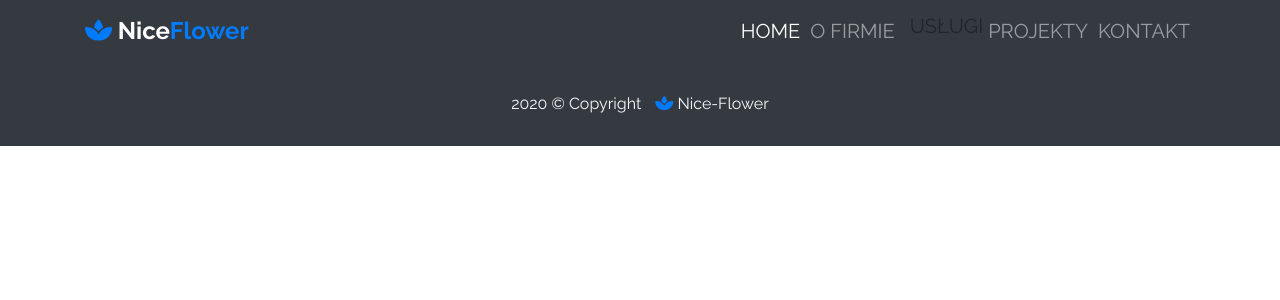
Repository: KrzysKolo/Projekt-13_Kwiaciarnia
Page: projects.html
An editor plug-in stored every save of this project. The page is shown before and after the next save, followed by the edit.
The browser window is 1280 px wide. The pictures show the whole page.
Some web libraries are served in a nearby version.

Above is the page before, as saved 2020-08-11 11:46:53.

### projects.html
<!DOCTYPE html>
<html lang="pl">
  <head>
    <meta charset="UTF-8" />
    <meta name="viewport" content="width=device-width, initial-scale=1.0" />
    <title>Nice-Flower</title>
    <script
      src="https://kit.fontawesome.com/21efeaf281.js"
      crossorigin="anonymous"
    ></script>

    <link
      rel="stylesheet"
      href="https://stackpath.bootstrapcdn.com/bootstrap/4.5.0/css/bootstrap.min.css"
      integrity="sha384-9aIt2nRpC12Uk9gS9baDl411NQApFmC26EwAOH8WgZl5MYYxFfc+NcPb1dKGj7Sk"
      crossorigin="anonymous"
    />
    <link
      href="https://fonts.googleapis.com/css2?family=Raleway:wght@400;700&display=swap"
      rel="stylesheet"
    />
    <link rel="stylesheet" href="style.css" />
  </head>
  <body>
    <nav class="navbar navbar-expand-lg navbar-dark bg-dark py-3">
      <div class="container">
        <a class="navbar-brand" href="index.html"
          ><i class="fas fa-spa text-primary"></i> Nice<span
            class="text-primary"
            >Flower</span
          ></a
        >
        <button
          class="navbar-toggler border-0"
          type="button"
          data-toggle="collapse"
          data-target="#navbarNavAltMarkup"
          aria-controls="navbarNavAltMarkup"
          aria-expanded="false"
          aria-label="Toggle navigation"
        >
          <i class="fas fa-bars px-4"></i>
        </button>
        <div class="collapse navbar-collapse" id="navbarNavAltMarkup">
          <div class="navbar-nav ml-auto">
            <a class="nav-link active" href="index.html">Home </a>
            <a class="nav-link" href="abouteus.html">O firmie</a>
            <a class="nav-link" href="services.html"></a>
              Usługi</a
            >
            <a class="nav-link" href="#"><span class="sr-only">(current)</span>Projekty</a>
            <a class="nav-link" href="contact.html">Kontakt</a>
          </div>
        </div>
      </div>
    </nav>

    <!-- MAIN -->
    <main>


    </main>
    <footer class="bg-dark text-light">
      <p class="py-5 px-3 mb-0 text-center">
        2020 &copy; Copyright
        <i class="ml-3 fas fa-spa text-primary"></i> Nice-Flower
      </p>
    </footer>
    <script
      src="https://code.jquery.com/jquery-3.5.1.slim.min.js"
      integrity="sha384-DfXdz2htPH0lsSSs5nCTpuj/zy4C+OGpamoFVy38MVBnE+IbbVYUew+OrCXaRkfj"
      crossorigin="anonymous"
    ></script>
    <script
      src="https://cdn.jsdelivr.net/npm/popper.js@1.16.0/dist/umd/popper.min.js"
      integrity="sha384-Q6E9RHvbIyZFJoft+2mJbHaEWldlvI9IOYy5n3zV9zzTtmI3UksdQRVvoxMfooAo"
      crossorigin="anonymous"
    ></script>
    <script
      src="https://stackpath.bootstrapcdn.com/bootstrap/4.5.0/js/bootstrap.min.js"
      integrity="sha384-OgVRvuATP1z7JjHLkuOU7Xw704+h835Lr+6QL9UvYjZE3Ipu6Tp75j7Bh/kR0JKI"
      crossorigin="anonymous"
    ></script>
  </body>
</html>

### style.css
* {
  box-sizing: border-box;
  margin: 0;
  padding: 0;
}
html {
  font-size: 62.5%;
}
body {
  font-family: "Raleway", sans-serif;
  font-size: 1.6rem;
}
.hero-shadow {
  position: absolute;
  top: 0;
  width: 100%;
  height: 100%;
  background-color: rgba(0, 0, 0, 0.7);
  z-index: -1;
}
.additional-text {
  font-size: 1.8rem;
}
.top-hero {
  position: relative;
  height: 20rem;
  background-size: cover;
  z-index: 0;
}
.top-hero-text {
  display: flex;
  justify-content: center;
  align-items: center;
  height: 100%;
  font-size: 3.6rem;
  text-transform: uppercase;
}
/* ----------- */
/*  nawigacja  */
/* ----------- */
nav {
  font-size: 2rem;
  text-transform: uppercase;
}
.navbar-toggler {
  font-size: 3rem;
}
.navbar-brand {
  font-size: 2.4rem;
  font-weight: bold;
  text-transform: none;
}
/* ----------- */
/*    header   */
/* ----------- */
header {
  font-size: 2rem;
}
.carousel-item {
  position: relative;
  height: 400px;
  background-position: center;
  background-size: cover;
  z-index: 0;
}
.carousel-img-one {
  background-image: url("./img/b1m.jpg");
}
.carousel-img-two {
  background-image: url("./img/b2m.jpg");
}
.carousel-img-three {
  background-image: url("./img/b4m.jpg");
}
/* ----------- */
/*     main    */
/* ----------- */
.home-boxes {
  padding: 5rem 0;
}
.home-box i {
  font-size: 4rem;
}
.home-box h3 {
  font-size: 2.6rem;
}
/* ----------- */
.home-passion {
  position: relative;
  height: 350px;
  background-image: url("./img/b8m.jpg");
  background-position: center;
  background-size: cover;
  z-index: 0;
}
/* ----------- */
.home-brand h3 {
  font-size: 3rem;
  font-weight: bold;
}
/* ----------- */
/*   aboutus   */
/* ----------- */
.aboutus-hero {
  background-image: url("./img/obrazek1.jpg");
  background-position: bottom;
}
/* ----------- */
.aboutus-top .display-3 {
  text-transform: uppercase;
}
/* ----------- */
.aboutus-info {
  background-color: rgba(0, 0, 0, 0.3);
}
.aboutus-info .container {
  padding: 2em 0.5em;
}
.aboutus-text {
  padding: 1.8rem;
}
.aboutus-text h3 {
  margin-bottom: 0.5em;
  font-size: 2.6rem;
  text-transform: uppercase;
  font-weight: bold;
  text-decoration: underline #007bff;
}
.abouts-text-right {
  text-align: right;
}
.aboutus-img {
  height: 300px;
  background-image: url("./img/b5m.jpg");
  background-position: center;
  background-size: cover;
}
/* ----------- */
.aboutus-bottom i {
  font-size: 3rem;
}
.aboutus-bottom h3 {
  font-size: 2.2rem;
  font-weight: bold;
}
/* ----------- */
/*    usługi   */
/* ----------- */
.service-hero {
  background-image: url("./img/pm.jpg");
  background-position: 0 50%;
}
/* ----------- */
.service-hero-box {
  position: relative;
  height: 300px;
  background-size: cover;
  z-index: 0;
}
.service-hero-box p {
  display: flex;
  justify-content: center;
  align-items: center;
  font-size: 3rem;
  text-transform: uppercase;
}
.service-pricing .box-one {
  background-image: url("./img/b2m.jpg");
}
.service-pricing .box-two {
  background-image: url("./img/bsm.jpg");
}
.service-pricing .box-three {
  background-image: url("./img/wm.jpg");
}
.service-pricing .box-four {
  background-image: url("./img/rdm.jpg");
}
.service-pricing .card-header {
  font-size: 2rem;
  cursor: pointer;
}
.service-pricing h3 {
  font-weight: bold;
}
.service-pricing .btn {
  font-size: 1.6rem;
  text-transform: uppercase;
}
/* ----------- */
/*    footer   */
/* ----------- */
footer {
  font-size: 1.6rem;
}
@media (min-width: 992px) {
  .aboutus-info .container {
    padding: 0;
  }
  .aboutus-shadow {
    box-shadow: inset 0 5px 10px -5px rgba(0, 0, 0, 0.4);
  }
  .aboutus-text {
    padding: 5em 0;
    transform: skew(-15deg);
  }
  .abouts-text-left {
    padding-right: 2em;
    text-align: right;
  }
  .abouts-text-right {
    padding-left: 2em;
    text-align: left;
  }
  .aboutus-img {
    height: auto;
    transform: skew(-15deg);
  }
}
@media (min-width: 1400px) {
  .carousel-item {
    height: 600px;
  }
  .carousel-img-one {
    background-image: url("./img/b1.jpg");
  }
  .carousel-img-two {
    background-image: url("./img/b2.jpg");
  }
  .carousel-img-three {
    background-image: url("./img/b4.jpg");
  }
}

After the next save:
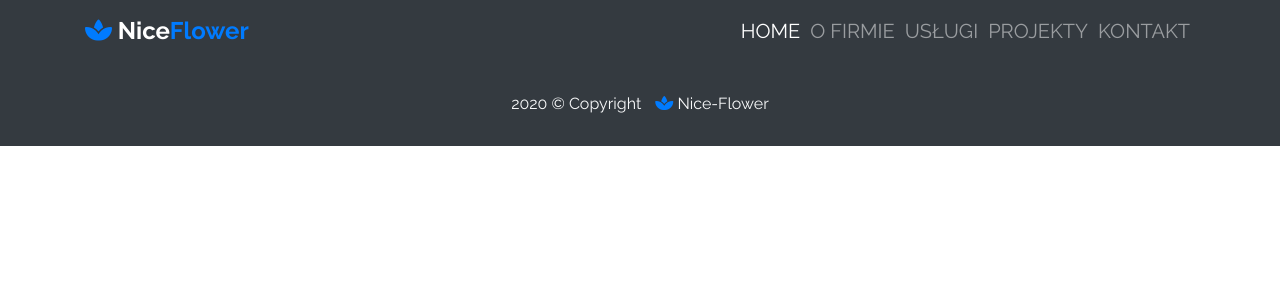
Saved 81 s later.
--- a/projects.html
+++ b/projects.html
@@ -45,10 +45,10 @@
           <div class="navbar-nav ml-auto">
             <a class="nav-link active" href="index.html">Home </a>
             <a class="nav-link" href="abouteus.html">O firmie</a>
-            <a class="nav-link" href="services.html"></a>
-              Usługi</a
+            <a class="nav-link" href="services.html"> Usługi</a>
+            <a class="nav-link" href="#"
+              ><span class="sr-only">(current)</span>Projekty</a
             >
-            <a class="nav-link" href="#"><span class="sr-only">(current)</span>Projekty</a>
             <a class="nav-link" href="contact.html">Kontakt</a>
           </div>
         </div>
@@ -56,10 +56,7 @@
     </nav>
 
     <!-- MAIN -->
-    <main>
-
-
-    </main>
+    <main></main>
     <footer class="bg-dark text-light">
       <p class="py-5 px-3 mb-0 text-center">
         2020 &copy; Copyright
